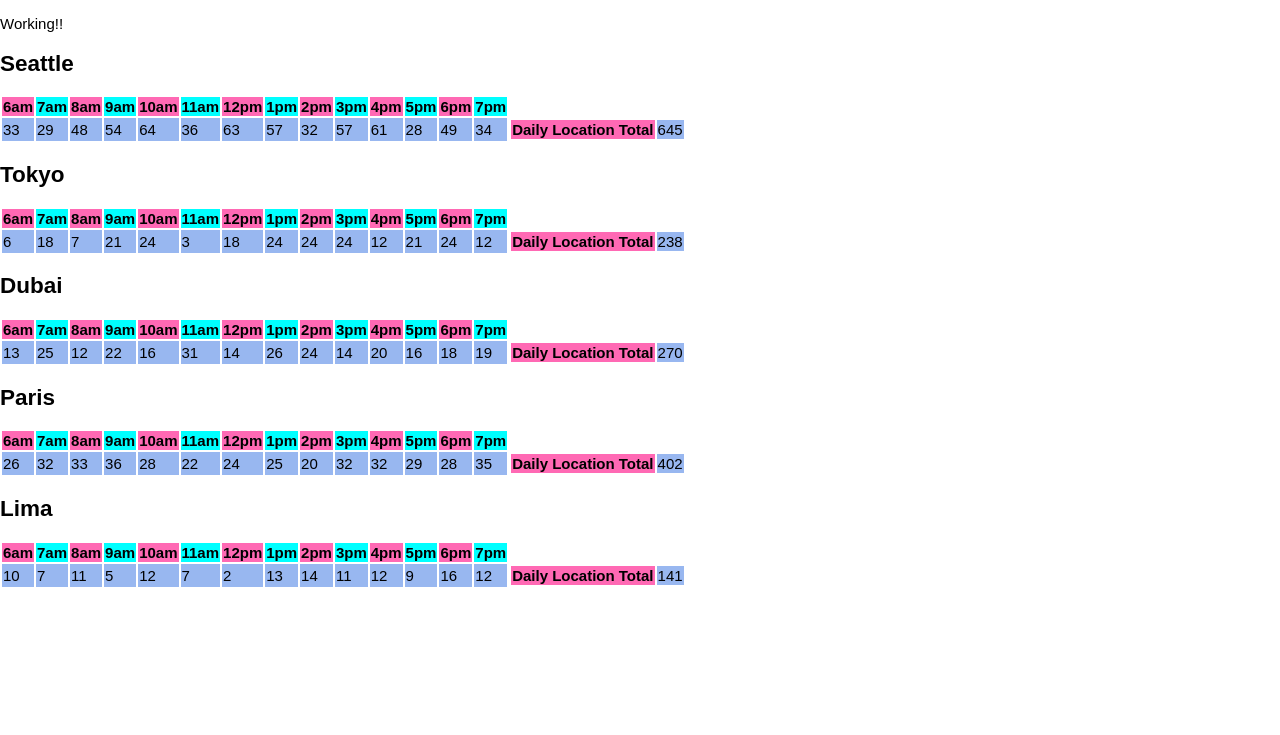
Repository: aaron1986/cookie_stand
Page: sales.html
The author's editor kept a copy of each file at every save. The page is drawn from the files as they stood at one save, then again after the next save.
The browser window is 1280 px wide. The pictures show the whole page.

Above is the page before, as saved 2023-09-28 16:29:32.

After the next save:
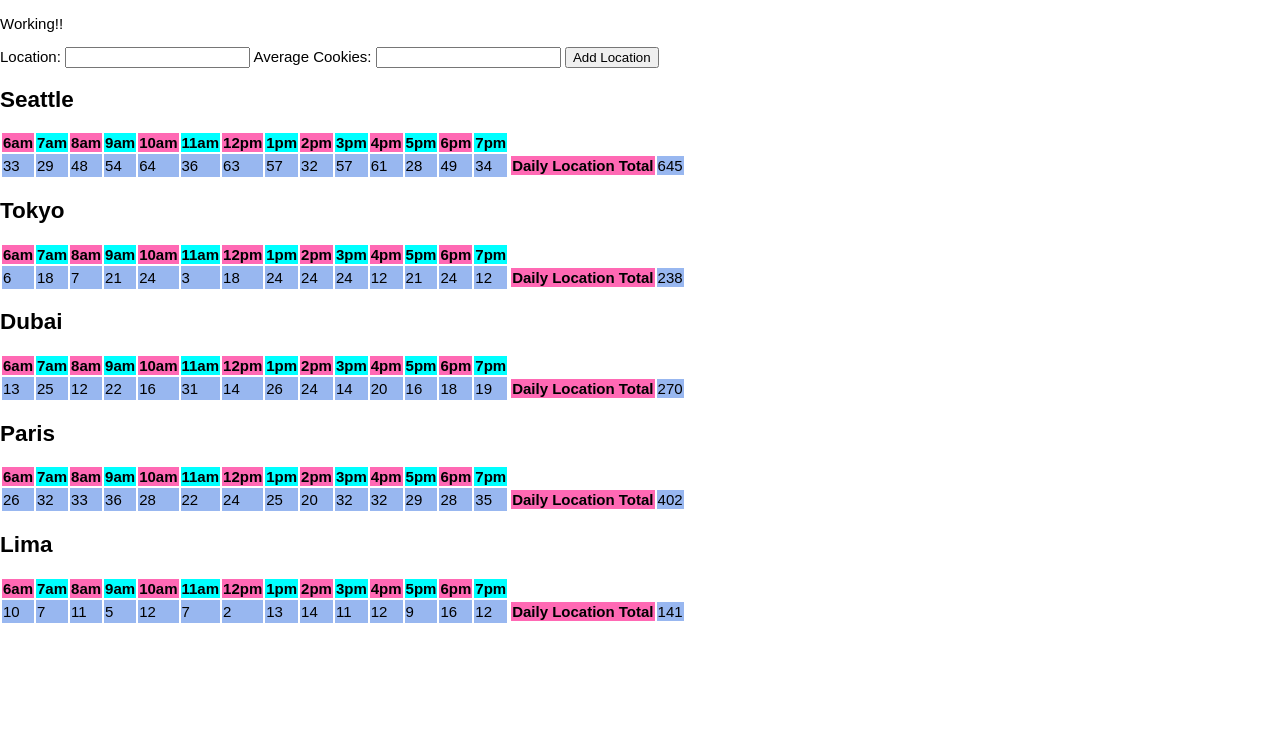
Saved 5 min 49 s later.
--- a/sales.html
+++ b/sales.html
@@ -12,7 +12,13 @@
     <p>Working!!</p>
 
     <div id="shop-location">
-
+        <form id="location-form">
+            <label for="location">Location:</label>
+            <input type="text" id="location" required>
+            <label for="avg-cookies">Average Cookies:</label>
+            <input type="number" id="avg-cookies" required step="0.1">
+            <button type="submit">Add Location</button>
+        </form>
 
     </div>
 

After the save that followed:
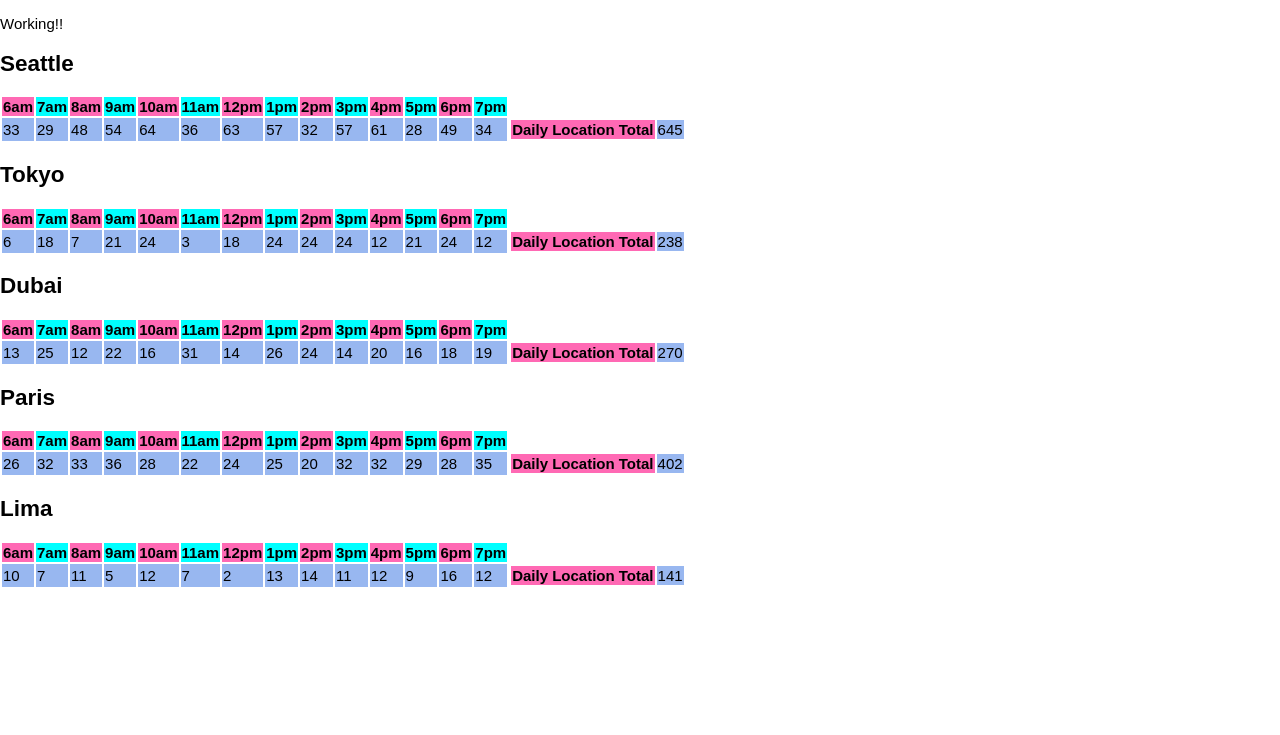
Saved 47 s later.
--- a/sales.html
+++ b/sales.html
@@ -12,13 +12,7 @@
     <p>Working!!</p>
 
     <div id="shop-location">
-        <form id="location-form">
-            <label for="location">Location:</label>
-            <input type="text" id="location" required>
-            <label for="avg-cookies">Average Cookies:</label>
-            <input type="number" id="avg-cookies" required step="0.1">
-            <button type="submit">Add Location</button>
-        </form>
+
 
     </div>
 
